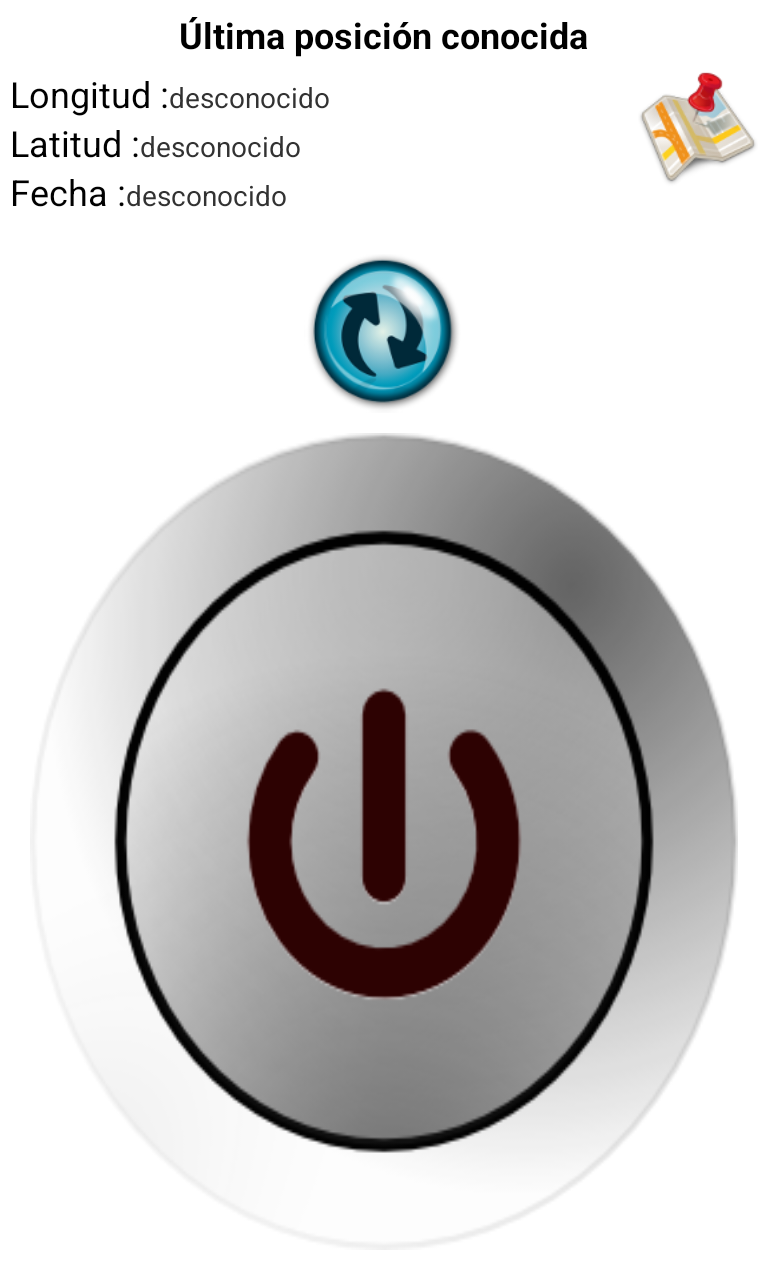
Repository: jonatansantos/Android-Server-Status
Layout: desarrollo/LocalizadorGPS/res/layout/activity.xml
The author's editor kept a copy of each file at every save. The layout is drawn from the files as they stood at one save, then again after the next save.
It is drawn on a 768 x 1280 px phone screen (xhdpi) without system bars, with theme android:Theme.Light.NoTitleBar; the app's code is not run.

Above is the layout before, as saved 2012-06-10 16:27:10.

### desarrollo/LocalizadorGPS/res/layout/activity.xml
<?xml version="1.0" encoding="utf-8"?>
<RelativeLayout xmlns:android="http://schemas.android.com/apk/res/android"
    android:id="@+id/RelativeLayout1"
    android:layout_width="match_parent"
    android:layout_height="match_parent"
    android:orientation="vertical"
    android:padding="5dp" >

    <TextView
        android:id="@+id/textView1"
        android:layout_width="wrap_content"
        android:layout_height="wrap_content"
        android:layout_alignParentTop="true"
        android:layout_centerHorizontal="true"
        android:text="Última posición conocida"
        android:textAppearance="?android:attr/textAppearanceMedium"
        android:textStyle="bold" />

    <TextView
        android:id="@+id/textView2"
        android:layout_width="wrap_content"
        android:layout_height="wrap_content"
        android:layout_alignParentLeft="true"
        android:layout_below="@+id/textView1"
        android:layout_marginTop="5dp"
        android:text="Longitud :"
        android:textAppearance="?android:attr/textAppearanceMedium" />

    <TextView
        android:id="@+id/textView3"
        android:layout_width="wrap_content"
        android:layout_height="wrap_content"
        android:layout_alignParentLeft="true"
        android:layout_below="@+id/textView2"
        android:text="Latitud :"
        android:textAppearance="?android:attr/textAppearanceMedium" />

    <TextView
        android:id="@+id/textView4"
        android:layout_width="wrap_content"
        android:layout_height="wrap_content"
        android:layout_alignParentLeft="true"
        android:layout_below="@+id/textView3"
        android:text="Fecha :"
        android:textAppearance="?android:attr/textAppearanceMedium" />

    <ImageView
        android:id="@+id/iv_gps_mapa"
        android:layout_width="wrap_content"
        android:layout_height="wrap_content"
        android:layout_alignParentRight="true"
        android:layout_alignTop="@+id/textView2"
        android:scaleType="fitEnd"
        android:src="@drawable/gps_mapa" />

    <TextView
        android:id="@+id/tv_gps_long"
        android:layout_width="wrap_content"
        android:layout_height="wrap_content"
        android:layout_alignBaseline="@+id/textView2"
        android:layout_alignBottom="@+id/textView2"
        android:layout_toRightOf="@+id/textView2"
        android:text="@string/desconocido" />

    <TextView
        android:id="@+id/tv_gps_lat"
        android:layout_width="wrap_content"
        android:layout_height="wrap_content"
        android:layout_alignBaseline="@+id/textView3"
        android:layout_alignBottom="@+id/textView3"
        android:layout_toRightOf="@+id/textView3"
        android:text="@string/desconocido" />

    <TextView
        android:id="@+id/tv_gps_fecha"
        android:layout_width="wrap_content"
        android:layout_height="wrap_content"
        android:layout_alignBaseline="@+id/textView4"
        android:layout_alignBottom="@+id/textView4"
        android:layout_toRightOf="@+id/textView4"
        android:text="@string/desconocido" />






    <ToggleButton
        android:id="@+id/tb_gps_on"
        android:layout_width="200dp"
        android:layout_height="200dp"
        android:layout_alignParentBottom="true"
        android:layout_alignParentLeft="true"
        android:layout_alignParentRight="true"
        android:layout_below="@+id/iv_gps_actualizar"
        android:layout_margin="10dp"
        android:background="@drawable/tb_icon"
        android:text=""
        android:textOff=""
        android:textOn="" />

    <ImageView
        android:id="@+id/iv_gps_actualizar"
        android:layout_width="wrap_content"
        android:layout_height="wrap_content"
        android:layout_below="@+id/textView4"
        android:layout_centerHorizontal="true"
        android:layout_marginTop="19dp"
        android:src="@drawable/gps_actualizar" />

</RelativeLayout>

### desarrollo/LocalizadorGPS/res/values/strings.xml
<?xml version="1.0" encoding="utf-8"?>
<resources>

    <string name="hello">Hello World, LocalizadorGPSActivity!</string>
    <string name="app_name">LocalizadorGPS</string>
    <string name="desconocido">desconocido</string>

</resources>

### desarrollo/LocalizadorGPS/res/drawable-hdpi/tb_icon.xml
<?xml version="1.0" encoding="utf-8"?>
<selector xmlns:android="http://schemas.android.com/apk/res/android" >
    <item android:state_checked="true"
        android:drawable="@drawable/gps_on" />
    <item android:drawable="@drawable/gps_off" />

</selector>

After the next save:
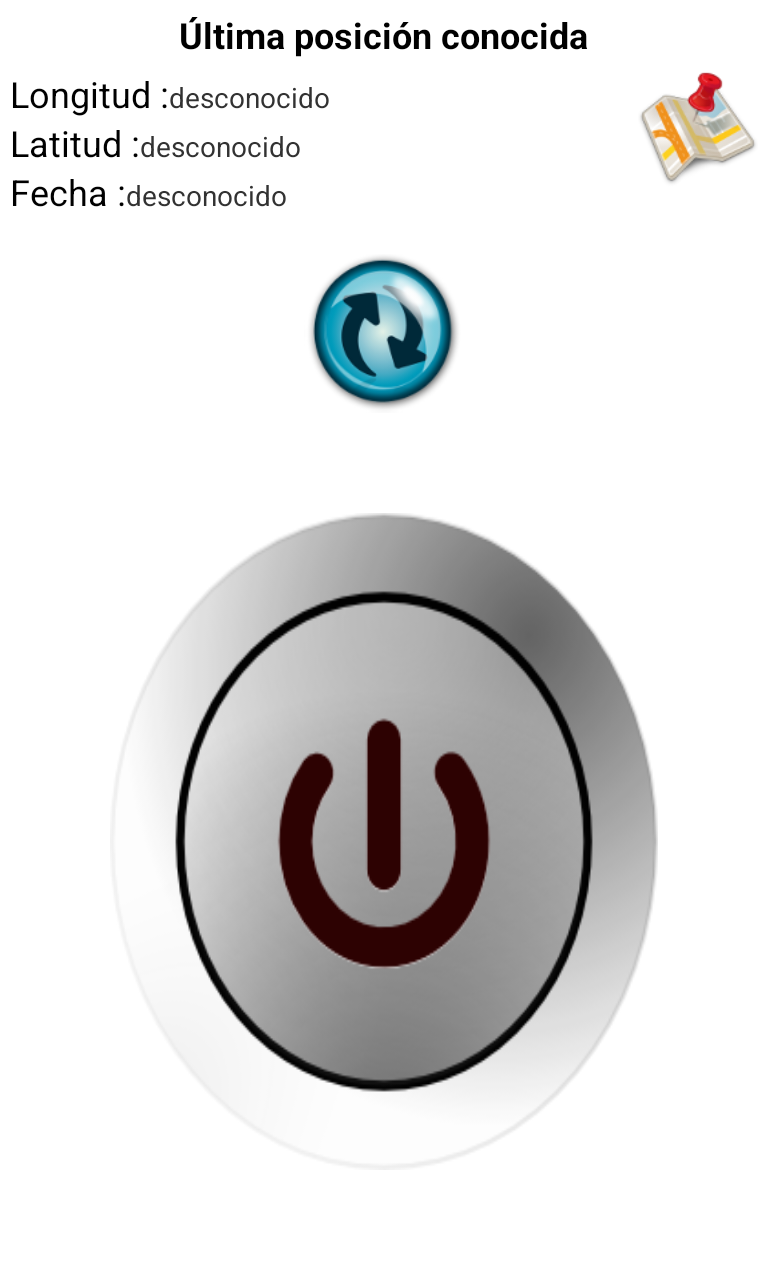
Saved 45 s later.
--- a/desarrollo/LocalizadorGPS/res/layout/activity.xml
+++ b/desarrollo/LocalizadorGPS/res/layout/activity.xml
@@ -87,13 +87,13 @@
 
     <ToggleButton
         android:id="@+id/tb_gps_on"
-        android:layout_width="200dp"
-        android:layout_height="200dp"
+        android:layout_width="wrap_content"
+        android:layout_height="wrap_content"
         android:layout_alignParentBottom="true"
         android:layout_alignParentLeft="true"
         android:layout_alignParentRight="true"
         android:layout_below="@+id/iv_gps_actualizar"
-        android:layout_margin="10dp"
+        android:layout_margin="50dp"
         android:background="@drawable/tb_icon"
         android:text=""
         android:textOff=""
